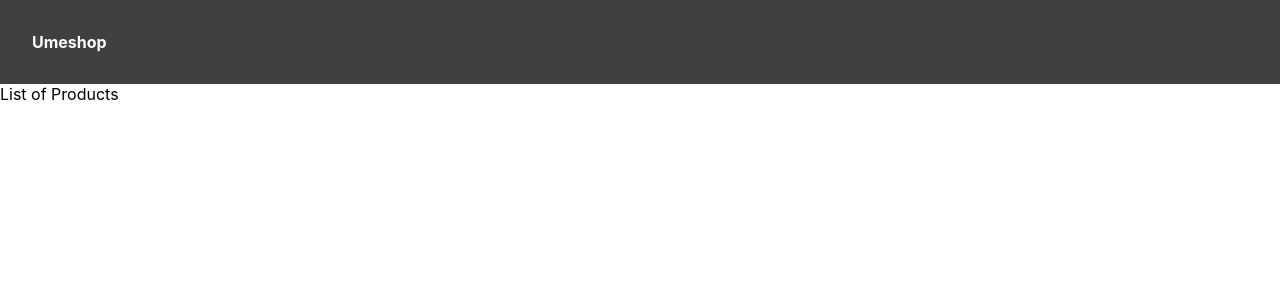
Repository: NovaX23/umeshop-new
Page: / (app in frontend/)
These files come from the project's save history. The page is drawn as it stood at one moment and after the next save; the edit follows.
The browser window is 1280 px wide. The pictures show the whole page.
The project was rebuilt for these pictures with package versions that can differ from the ones it lists, and the page was loaded fresh each time.

Above is the page before, as saved 2023-07-01 00:21:17.

### frontend/src/index.css
body {
  margin: 0;
  font-family: -apple-system, BlinkMacSystemFont, 'Segoe UI', 'Roboto', 'Oxygen',
    'Ubuntu', 'Cantarell', 'Fira Sans', 'Droid Sans', 'Helvetica Neue',
    sans-serif;
  -webkit-font-smoothing: antialiased;
  -moz-osx-font-smoothing: grayscale;
}

code {
  font-family: source-code-pro, Menlo, Monaco, Consolas, 'Courier New',
    monospace;
}

header {
  background-color: #404040;
  padding: 2rem;
}

header a {
  color: #ffffff;
  font-weight: bold;
  text-decoration: none;

}

### frontend/src/App.js


function App () {
  return (
    <div >
      <header>
        <a href="/">Umeshop</a>
      </header>
      <main>
        List of Products
      </main>
    </div>
  );
}

export default App;

Loaded but not shown: frontend/public/index.html (common file); frontend/src/index.js (common file); frontend/src/reportWebVitals.js (common file)

After the next save:
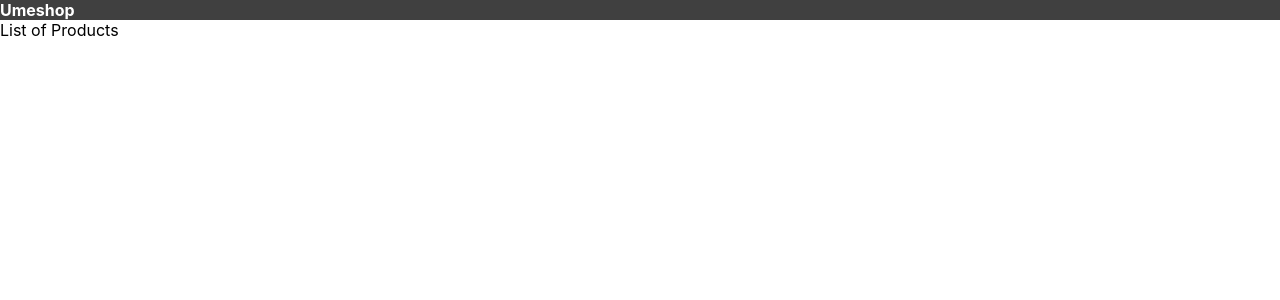
Saved 7 s later.
--- a/frontend/src/index.css
+++ b/frontend/src/index.css
@@ -14,7 +14,7 @@
 
 header {
   background-color: #404040;
-  padding: 2rem;
+  padding: 0rem;
 }
 
 header a {
